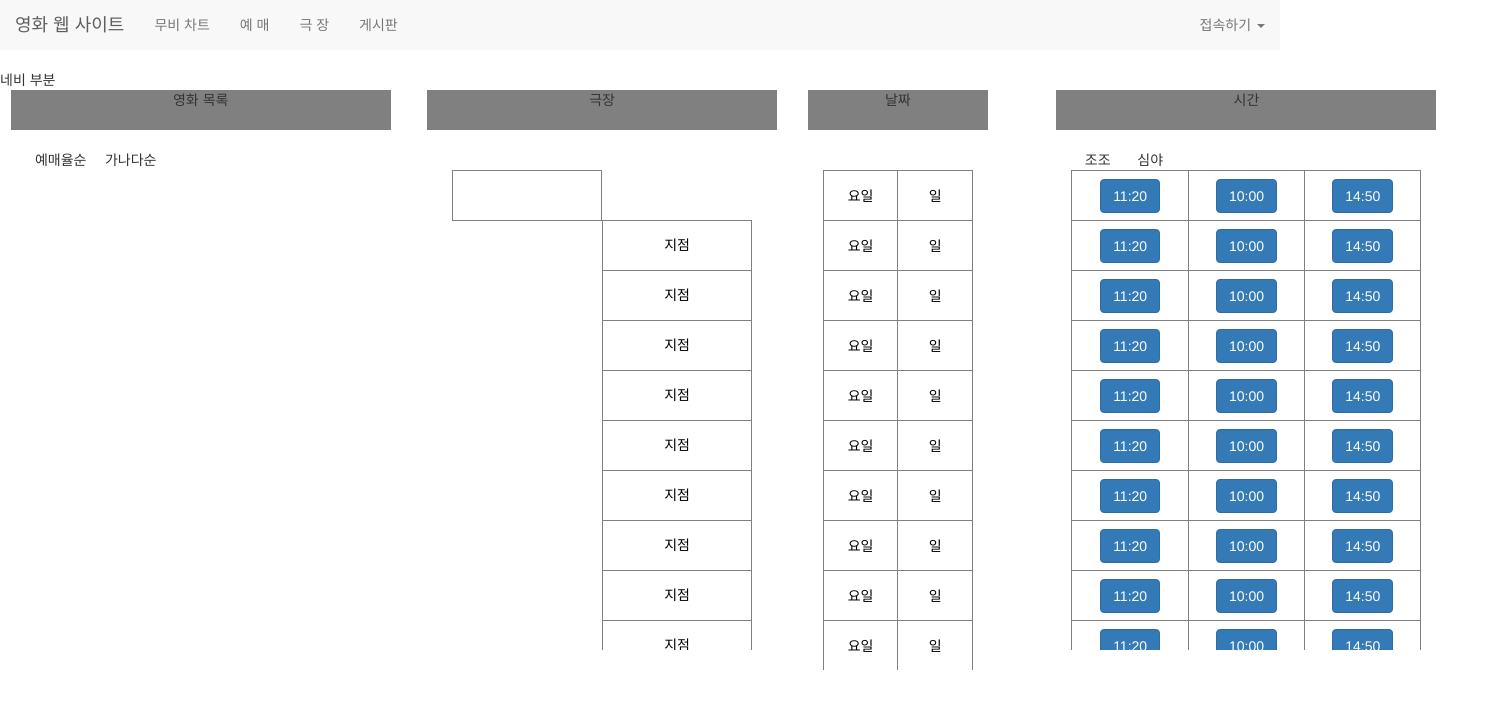
Repository: Gotaemin/java
Page: http://localhost/BBS/movieReserve.jsp
The author's editor kept a copy of each file at every save. The page is drawn from the files as they stood at one save, then again after the next save.
The browser window is 1280 px wide. The page is 1500 px wide, so the pictures cover 1500 px, including what lies to the right of the window. The pictures show the whole page.
Some web libraries are served in a nearby version. The page is served by Tomcat 9. The template is opened directly, without the code that normally fills it, so the values that code supplies are empty.

Above is the page before, as saved 2020-03-17 05:24:50.

After the next save:
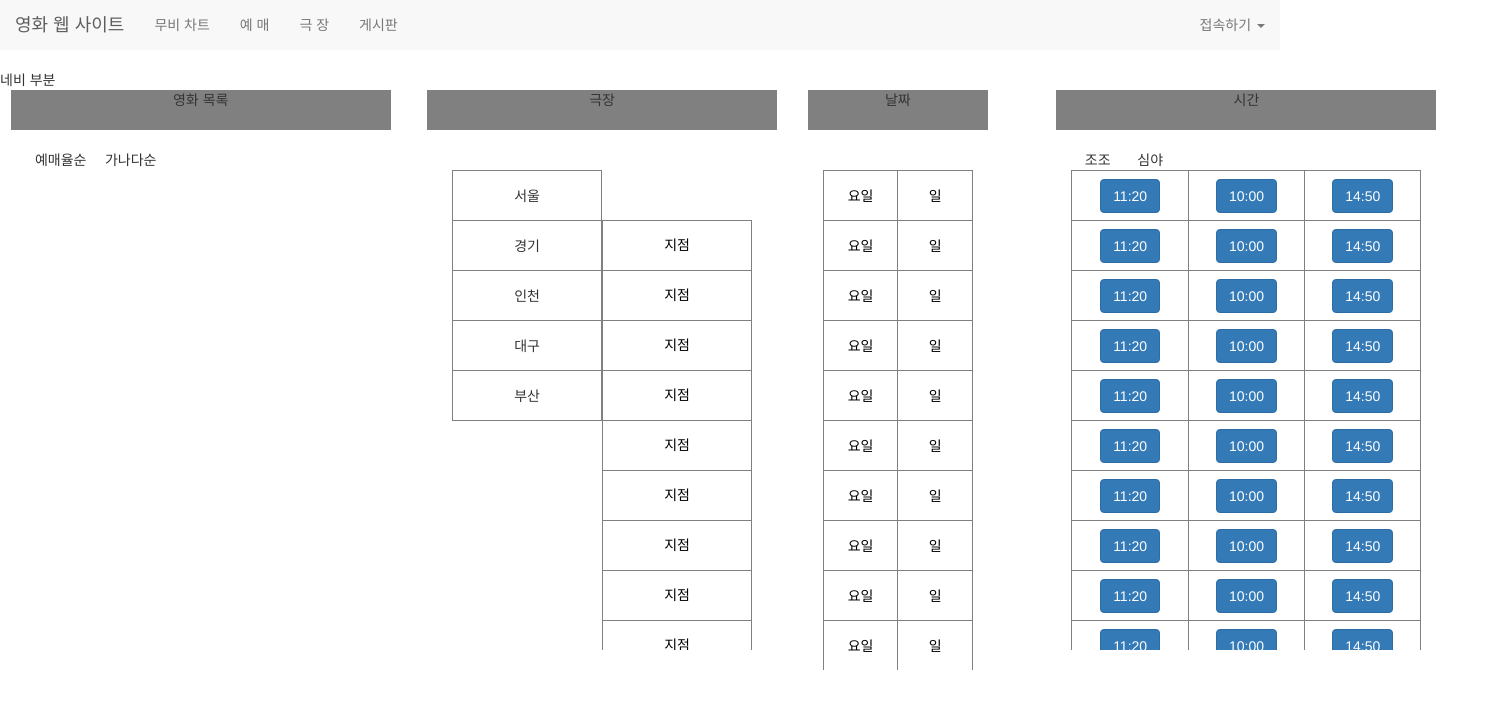
Saved 23 s later.
--- a/BBS/BBS/WebContent/movieReserve.jsp
+++ b/BBS/BBS/WebContent/movieReserve.jsp
@@ -198,7 +198,19 @@ tr{
 							<table style="width: 150px;">
 								<tbody id="a">
 									<tr>
-										<td></td>
+										<td>서울</td>
+									</tr>
+									<tr>
+										<td>경기</td>
+									</tr>
+									<tr>
+										<td>인천</td>
+									</tr>
+									<tr>
+										<td>대구</td>
+									</tr>
+									<tr>
+										<td>부산</td>
 									</tr>
 								</tbody>
 							</table>
